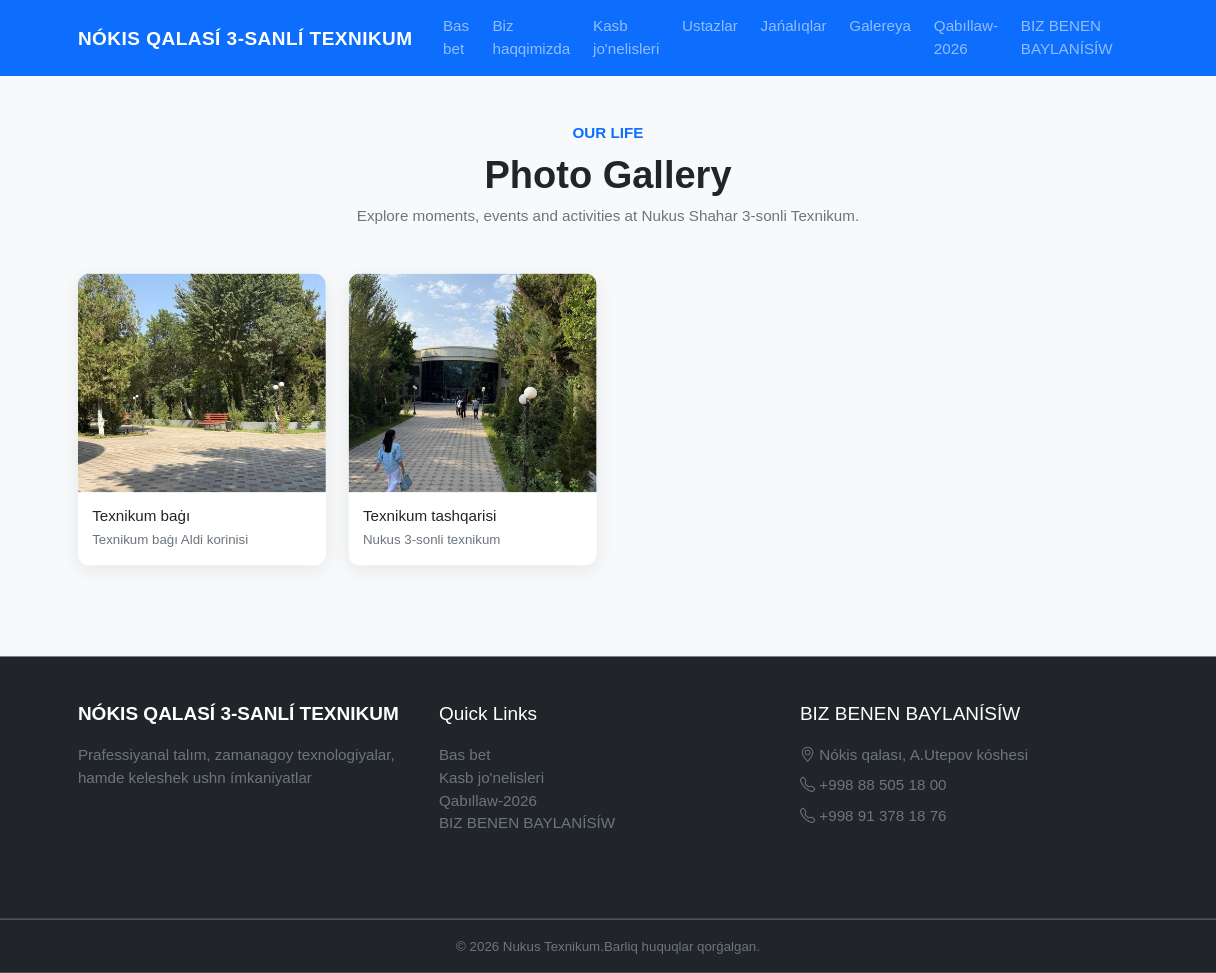
Repository: Neptunescorp/nukus_technicum
Page: http://localhost/gallery/
An editor plug-in stored every save of this project. The page is shown before and after the next save, followed by the edit.
The browser window is 1280 px wide. The pictures show the whole page, at 95% of full size.
The page is served by the project's application, run on Django 5.2 (manage.py). Other server files are loaded and not shown. The page reads the database file committed with the project.

Above is the page before, as saved 2026-08-19 11:48:37.

### gallery/templates/gallery/list.html
{% extends "base.html" %}

{% block title %}
Galereya | NÓKIS QALASÍ 3-SANLÍ TEXNIKUM
{% endblock %}


{% block content %}

<section class="py-5">

    <div class="container">

        <div class="text-center mb-5">

            <span class="text-primary fw-semibold">
                OUR LIFE
            </span>

            <h1 class="fw-bold mt-2">
                Photo Gallery
            </h1>

            <p class="text-secondary">
                Explore moments, events and activities
                at Nukus Shahar 3-sonli Texnikum.
            </p>

        </div>


        <div class="row g-4">

            {% for image in images %}

            <div class="col-6 col-md-4 col-lg-3">

                <div class="gallery-card">

                    <a
                        href="{{ image.image.url }}"
                        target="_blank"
                    >

                        <img
                            src="{{ image.image.url }}"
                            alt="{{ image.title }}"
                            class="gallery-image"
                        >

                    </a>


                    {% if image.title %}

                    <div class="gallery-caption">

                        <h6 class="mb-1">
                            {{ image.title }}
                        </h6>

                        {% if image.description %}

                        <small>
                            {{ image.description|truncatewords:12 }}
                        </small>

                        {% endif %}

                    </div>

                    {% endif %}

                </div>

            </div>

            {% empty %}

            <div class="col-12">

                <div class="text-center py-5">

                    <i
                        class="bi bi-images text-primary"
                        style="font-size:60px;"
                    ></i>

                    <h4 class="mt-3">
                        Gallery is empty
                    </h4>

                    <p class="text-secondary">
                        Photos from the technicum will
                        appear here soon.
                    </p>

                </div>

            </div>

            {% endfor %}

        </div>

    </div>

</section>

{% endblock %}

### templates/base.html
{% load static %}

<!DOCTYPE html>
<html lang="en">
<head>
    <meta charset="UTF-8">
    <meta name="viewport" content="width=device-width, initial-scale=1.0">

    <title>{% block title %}NÓKIS QALASÍ 3-SANLÍ TEXNIKUM{% endblock %}</title>

    <!-- Bootstrap -->
    <link
        href="https://cdn.jsdelivr.net/npm/bootstrap@5.3.3/dist/css/bootstrap.min.css"
        rel="stylesheet"
    >

    <!-- Bootstrap Icons -->
    <link
        rel="stylesheet"
        href="https://cdn.jsdelivr.net/npm/bootstrap-icons@1.11.3/font/bootstrap-icons.min.css"
    >

    <!-- Custom CSS -->
    <link rel="stylesheet" href="{% static 'css/style.css' %}">
</head>

<body>

<!-- ================= NAVBAR ================= -->

<nav class="navbar navbar-expand-lg navbar-dark bg-primary sticky-top">
    <div class="container">

        <a class="navbar-brand fw-bold" href="/">
            NÓKIS QALASÍ 3-SANLÍ TEXNIKUM
        </a>

        <button
            class="navbar-toggler"
            type="button"
            data-bs-toggle="collapse"
            data-bs-target="#mainNavbar"
        >
            <span class="navbar-toggler-icon"></span>
        </button>

        <div class="collapse navbar-collapse" id="mainNavbar">

            <ul class="navbar-nav ms-auto">

                <li class="nav-item">
                    <a class="nav-link" href="/">Bas bet</a>
                </li>

                <li class="nav-item">
                    <a class="nav-link" href="/about/">Biz haqqimizda</a>
                </li>

                <li class="nav-item">
                    <a class="nav-link" href="/specialties/">Kasb jo'nelisleri</a>
                </li>

                <li class="nav-item">
                    <a class="nav-link" href="/teachers/">Ustazlar</a>
                </li>

                <li class="nav-item">
                    <a class="nav-link" href="/news/">Jańalıqlar </a>
                </li>

                <li class="nav-item">
                    <a class="nav-link" href="/gallery/">
                        Galereya
                    </a>
                </li>

                <li class="nav-item">
                    <a class="nav-link" href="/admissions/">Qabıllaw-2026 </a>
                </li>

                <li class="nav-item">
                    <a class="nav-link" href="/contact/">BIZ BENEN BAYLANÍSÍW</a>
                </li>

            </ul>

        </div>
    </div>
</nav>


<!-- ================= MAIN CONTENT ================= -->

<main>
    {% block content %}
    {% endblock %}
</main>


<!-- ================= FOOTER ================= -->

<footer class="bg-dark text-white mt-5">

    <div class="container py-5">

        <div class="row">

            <div class="col-md-4 mb-4">

                <h5 class="fw-bold">
                    NÓKIS QALASÍ 3-SANLÍ TEXNIKUM
                </h5>

                <p class="text-secondary">
                    Prafessiyanal talım, zamanagoy texnologiyalar,
                    hamde keleshek ushn ímkaniyatlar
                </p>

            </div>


            <div class="col-md-4 mb-4">

                <h5>Quick Links</h5>

                <ul class="list-unstyled">

                    <li>
                        <a href="/" class="text-secondary text-decoration-none">
                            Bas bet
                        </a>
                    </li>

                    <li>
                        <a href="/specialties/" class="text-secondary text-decoration-none">
                            Kasb jo'nelisleri
                        </a>
                    </li>

                    <li>
                        <a href="/admissions/" class="text-secondary text-decoration-none">
                            Qabıllaw-2026
                        </a>
                    </li>

                    <li>
                        <a href="/contact/" class="text-secondary text-decoration-none">
                            BIZ BENEN BAYLANÍSÍW
                        </a>
                    </li>

                </ul>

            </div>


            <div class="col-md-4">

                <h5>BIZ BENEN BAYLANÍSÍW</h5>

                <p class="text-secondary mb-2">
                    <i class="bi bi-geo-alt"></i>
                    Nókis qalası, A.Utepov kóshesi
                </p>

                <p class="text-secondary mb-2">
                    <i class="bi bi-telephone"></i>
                    +998 88 505 18 00
                </p>

                <p class="text-secondary mb-2">
                    <i class="bi bi-telephone"></i>
                    +998 91 378 18 76
                </p>


            </div>

        </div>

    </div>


    <div class="border-top border-secondary">

        <div class="container py-3 text-center">

            <small class="text-secondary">
                © 2026 Nukus Texnikum.Barliq huquqlar qorǵalgan.
            </small>

        </div>

    </div>

</footer>


<!-- Bootstrap JS -->

<script
    src="https://cdn.jsdelivr.net/npm/bootstrap@5.3.3/dist/js/bootstrap.bundle.min.js">
</script>

</body>
</html>

### gallery/models.py
from django.db import models


class GalleryImage(models.Model):
    title = models.CharField(
        max_length=255,
        blank=True
    )

    image = models.ImageField(
        upload_to="gallery/"
    )

    description = models.TextField(
        blank=True
    )

    created_at = models.DateTimeField(
        auto_now_add=True
    )

    is_active = models.BooleanField(
        default=True
    )

    class Meta:
        ordering = ["-created_at"]

    def __str__(self):
        return self.title or f"Gallery Image {self.id}"

### gallery/views.py
from django.shortcuts import render
from .models import GalleryImage


def gallery_list(request):
    images = GalleryImage.objects.filter(
        is_active=True
    )

    return render(
        request,
        "gallery/list.html",
        {
            "images": images
        }
    )

### config/urls.py
from django.conf import settings
from django.conf.urls.static import static
from django.contrib import admin
from django.urls import include, path


urlpatterns = [
    path("admin/", admin.site.urls),

    path("", include("core.urls")),

    path(
        "specialties/",
        include("specialties.urls")
    ),

    path(
        "teachers/",
        include("teachers.urls")
    ),

    path(
        "news/",
        include("news.urls")
    ),

    path(
        "gallery/",
        include("gallery.urls")
    ),

    path(
        "admissions/",
        include("admissions.urls")
    ),
]


if settings.DEBUG:
    urlpatterns += static(
        settings.MEDIA_URL,
        document_root=settings.MEDIA_ROOT
    )

### core/urls.py
from django.urls import path

from .views import about, contact, home


urlpatterns = [
    path(
        "",
        home,
        name="home"
    ),

    path(
        "about/",
        about,
        name="about"
    ),

    path(
        "contact/",
        contact,
        name="contact"
    ),
]

### specialties/urls.py
from django.urls import path
from .views import specialty_list, specialty_detail


urlpatterns = [
    path("", specialty_list, name="specialty_list"),
    path(
        "<int:pk>/",
        specialty_detail,
        name="specialty_detail"
    ),
]

### teachers/urls.py
from django.urls import path
from .views import teacher_list, teacher_detail


urlpatterns = [
    path("", teacher_list, name="teacher_list"),

    path(
        "<int:pk>/",
        teacher_detail,
        name="teacher_detail"
    ),
]

### news/urls.py
from django.urls import path

from .views import news_detail, news_list


urlpatterns = [
    path("", news_list, name="news_list"),

    path(
        "<int:pk>/",
        news_detail,
        name="news_detail"
    ),
]

### gallery/urls.py
from django.urls import path
from .views import gallery_list


urlpatterns = [
    path("", gallery_list, name="gallery_list"),
]

### admissions/urls.py
from django.urls import path

from .views import admissions


urlpatterns = [
    path("", admissions, name="admissions"),
]

### db.sqlite3 (the tables this page reads, as SQL)
CREATE TABLE "gallery_galleryimage" ("id" integer NOT NULL PRIMARY KEY AUTOINCREMENT, "title" varchar(255) NOT NULL, "image" varchar(100) NOT NULL, "description" text NOT NULL, "created_at" datetime NOT NULL, "is_active" bool NOT NULL);
INSERT INTO "gallery_galleryimage" VALUES
(1, 'Texnikum tashqarisi', 'gallery/telegram-cloud-photo-size-2-5197164158107981223-y.jpg', 'Nukus 3-sonli texnikum', '2026-08-18 05:21:43.258519', 1),
(2, 'Texnikum baġı', 'gallery/telegram-cloud-photo-size-2-5197164158107981275-y.jpg', 'Texnikum baġı Aldi korinisi', '2026-08-18 06:17:04.522841', 1);

Loaded but not shown: static/css/style.css (910 lines, source omitted)

After the next save:
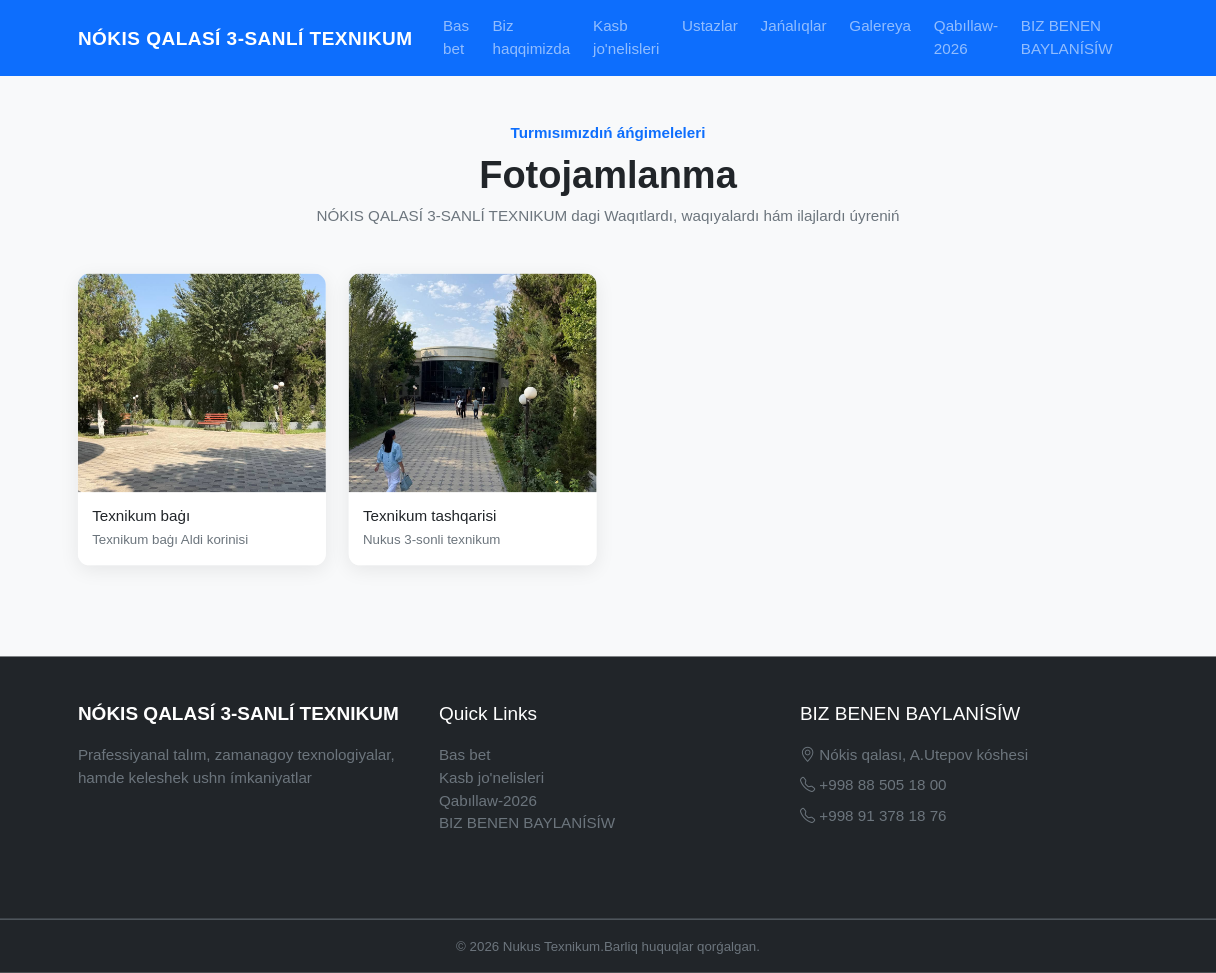
Saved 2 min 53 s later.
--- a/gallery/templates/gallery/list.html
+++ b/gallery/templates/gallery/list.html
@@ -14,16 +14,17 @@ Galereya | NÓKIS QALASÍ 3-SANLÍ TEXNIKUM
         <div class="text-center mb-5">
 
             <span class="text-primary fw-semibold">
-                OUR LIFE
+                Turmısımızdıń áńgimeleleri
             </span>
 
             <h1 class="fw-bold mt-2">
-                Photo Gallery
+                Fotojamlanma
             </h1>
 
             <p class="text-secondary">
-                Explore moments, events and activities
-                at Nukus Shahar 3-sonli Texnikum.
+                NÓKIS QALASÍ 3-SANLÍ TEXNIKUM dagi
+                Waqıtlardı, waqıyalardı hám ilajlardı úyreniń
+
             </p>
 
         </div>
@@ -87,12 +88,12 @@ Galereya | NÓKIS QALASÍ 3-SANLÍ TEXNIKUM
                     ></i>
 
                     <h4 class="mt-3">
-                        Gallery is empty
+                        Galereya bos
                     </h4>
 
                     <p class="text-secondary">
-                        Photos from the technicum will
-                        appear here soon.
+                        Texnikumdan suretler pát tez arada
+                        bulmanda payda boladı.
                     </p>
 
                 </div>
